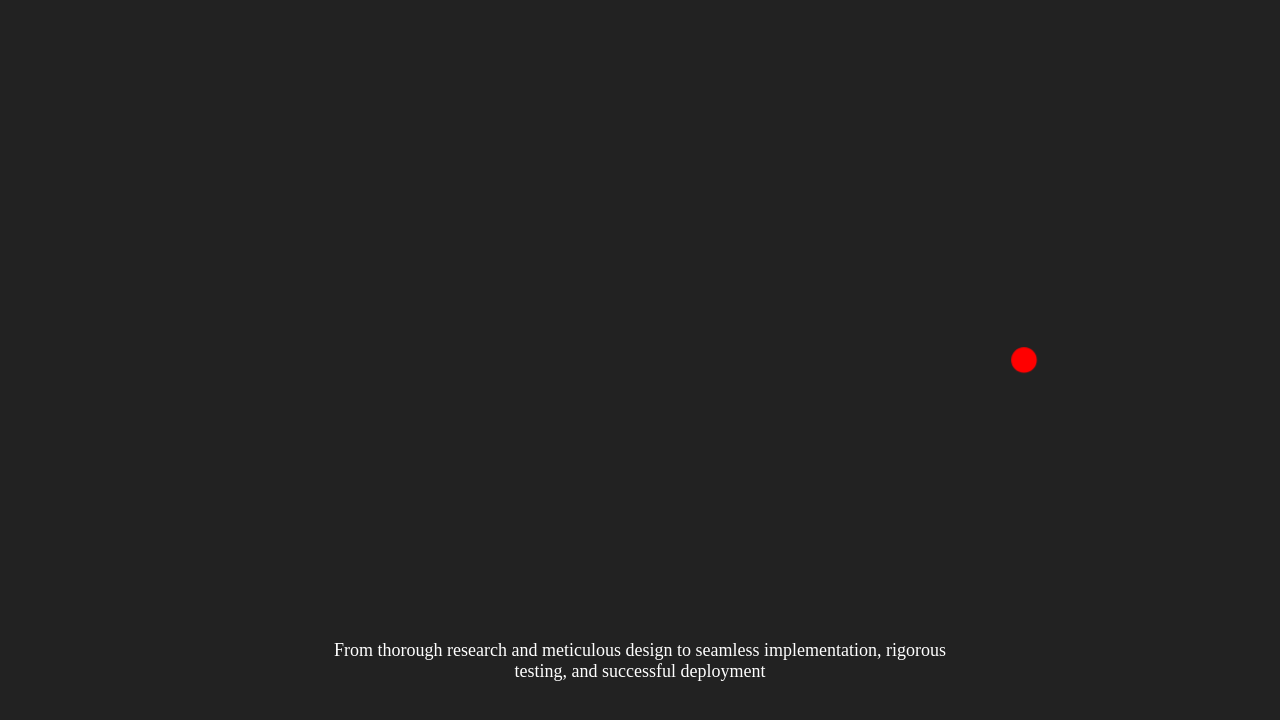
Repository: itsquadian/IT-SQUADIAN
Page: try.html
These files come from the project's save history. The page is drawn as it stood at one moment and after the next save; the edit follows.
The browser window is 1280 px wide. The pictures show the whole page.

Above is the page before, as saved 2024-04-13 20:01:28.

### try.html
<!DOCTYPE html>
<html lang="en">
<head>
<meta charset="UTF-8">
<meta name="viewport" content="width=device-width, initial-scale=1.0">
<title>Road Animation</title>
<style>
    body {
        margin: 0;
        padding: 0;
        overflow: hidden;
        background-color: #222;
    }

    .road-container {
        position: relative;
        width: 100%;
        height: 100vh;
        display: flex;
        justify-content: center;
        align-items: center;
    }

    .road-svg {
        width: 80%;
        height: auto;
    }

    .moving-object {
        fill: #f00;
        transition: transform 5s linear;
    }

    .text-container {
        position: absolute;
        bottom: 20px;
        left: 50%;
        transform: translateX(-50%);
        color: #fff;
        font-size: 18px;
        text-align: center;
        max-width: 80%;
    }

    @keyframes moveObject {
        from {
            transform: translate(0, 0);
        }
        to {
            transform: translate(700px, 0);
        }
    }
</style>
</head>
<body>
<div class="road-container">
    <svg class="road-svg" xmlns="http://www.w3.org/2000/svg" viewBox="0 0 800 200">
        <!-- Define your road path here -->
        <path id="road-path" d="M0 100 C100 50 700 150 800 100" stroke="#888" stroke-width="20" fill="none"/>
        <!-- Add a moving object -->
        <circle class="moving-object" cx="0" cy="100" r="10"/>
    </svg>
</div>
<div class="text-container">
    <p>From thorough research and meticulous design to seamless implementation, rigorous testing, and successful deployment</p>
</div>

<script>
    document.addEventListener('DOMContentLoaded', function() {
        var path = document.getElementById("road-path");
        var length = path.getTotalLength();
        var object = document.querySelector(".moving-object");

        // Set the length of the path as stroke-dasharray to animate along the path
        path.style.strokeDasharray = length;
        path.style.strokeDashoffset = length;

        // Animate the object along the path
        object.style.transition = 'transform 5s linear';
        object.style.transformOrigin = 'center';
        object.style.animation = 'moveObject 5s linear forwards';
    });
</script>
</body>
</html>

After the next save:
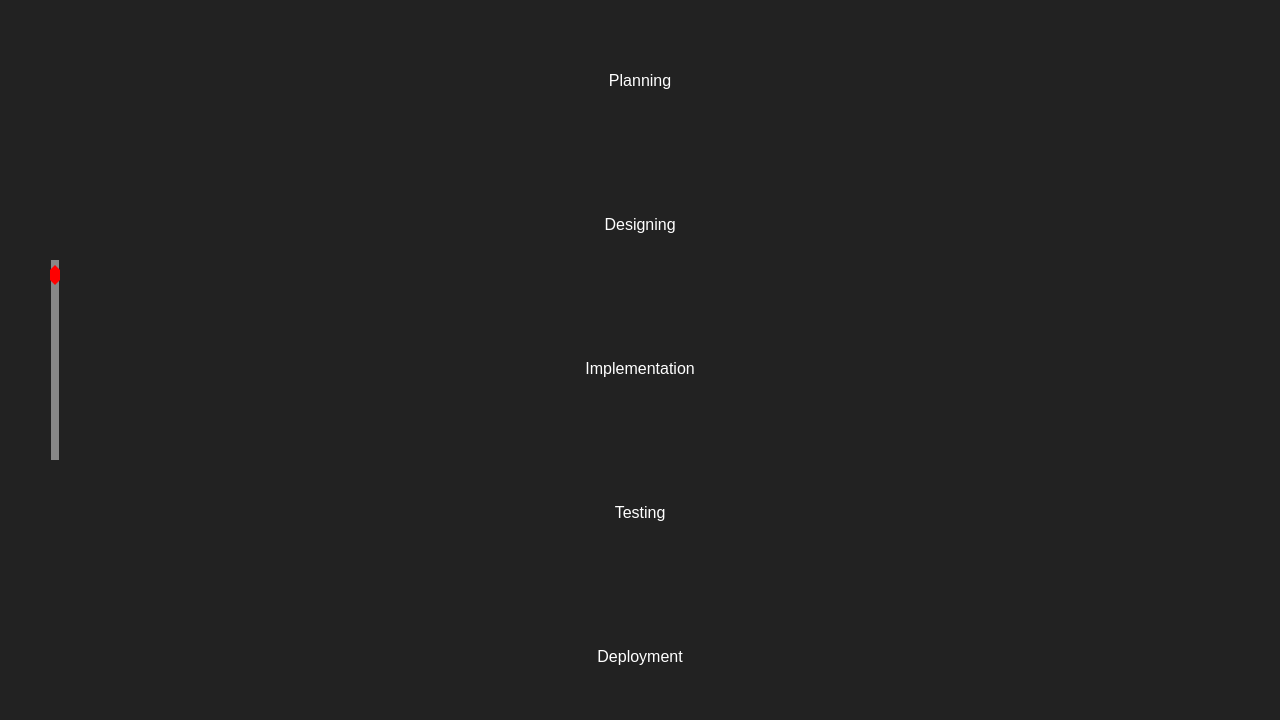
Saved 2 min 36 s later.
--- a/try.html
+++ b/try.html
@@ -10,6 +10,8 @@
         padding: 0;
         overflow: hidden;
         background-color: #222;
+        color: #fff;
+        font-family: Arial, sans-serif;
     }
 
     .road-container {
@@ -17,69 +19,63 @@
         width: 100%;
         height: 100vh;
         display: flex;
-        justify-content: center;
         align-items: center;
+        justify-content: space-between;
+        padding: 50px;
+        box-sizing: border-box;
     }
 
     .road-svg {
-        width: 80%;
-        height: auto;
+        width: 10px;
+        height: 100%;
     }
 
-    .moving-object {
-        fill: #f00;
-        transition: transform 5s linear;
+    .road-path {
+        stroke: #888;
+        stroke-width: 8;
     }
 
-    .text-container {
+    .car {
+        fill: #f00;
+        transform-origin: center;
+        animation: moveCar 10s linear infinite;
+    }
+
+    .step {
         position: absolute;
-        bottom: 20px;
+        top: 0;
         left: 50%;
         transform: translateX(-50%);
-        color: #fff;
-        font-size: 18px;
         text-align: center;
-        max-width: 80%;
+        opacity: 0;
+        animation: appear 5s linear forwards;
     }
 
-    @keyframes moveObject {
-        from {
-            transform: translate(0, 0);
-        }
-        to {
-            transform: translate(700px, 0);
-        }
+    @keyframes moveCar {
+        0% { transform: translateY(-100%); }
+        100% { transform: translateY(100%); }
+    }
+
+    @keyframes appear {
+        0% { opacity: 0; }
+        100% { opacity: 1; }
     }
 </style>
 </head>
 <body>
 <div class="road-container">
-    <svg class="road-svg" xmlns="http://www.w3.org/2000/svg" viewBox="0 0 800 200">
+    <svg class="road-svg" xmlns="http://www.w3.org/2000/svg" viewBox="0 0 10 200">
         <!-- Define your road path here -->
-        <path id="road-path" d="M0 100 C100 50 700 150 800 100" stroke="#888" stroke-width="20" fill="none"/>
-        <!-- Add a moving object -->
-        <circle class="moving-object" cx="0" cy="100" r="10"/>
+        <path class="road-path" d="M5 0 V200" />
+        <!-- Add a moving car -->
+        <polygon class="car" points="5,5 10,10 10,20 5,25 0,20 0,10" />
     </svg>
-</div>
-<div class="text-container">
-    <p>From thorough research and meticulous design to seamless implementation, rigorous testing, and successful deployment</p>
+    <div class="step" style="top: 10%;">Planning</div>
+    <div class="step" style="top: 30%;">Designing</div>
+    <div class="step" style="top: 50%;">Implementation</div>
+    <div class="step" style="top: 70%;">Testing</div>
+    <div class="step" style="top: 90%;">Deployment</div>
 </div>
 
-<script>
-    document.addEventListener('DOMContentLoaded', function() {
-        var path = document.getElementById("road-path");
-        var length = path.getTotalLength();
-        var object = document.querySelector(".moving-object");
-
-        // Set the length of the path as stroke-dasharray to animate along the path
-        path.style.strokeDasharray = length;
-        path.style.strokeDashoffset = length;
-
-        // Animate the object along the path
-        object.style.transition = 'transform 5s linear';
-        object.style.transformOrigin = 'center';
-        object.style.animation = 'moveObject 5s linear forwards';
-    });
-</script>
 </body>
 </html>
